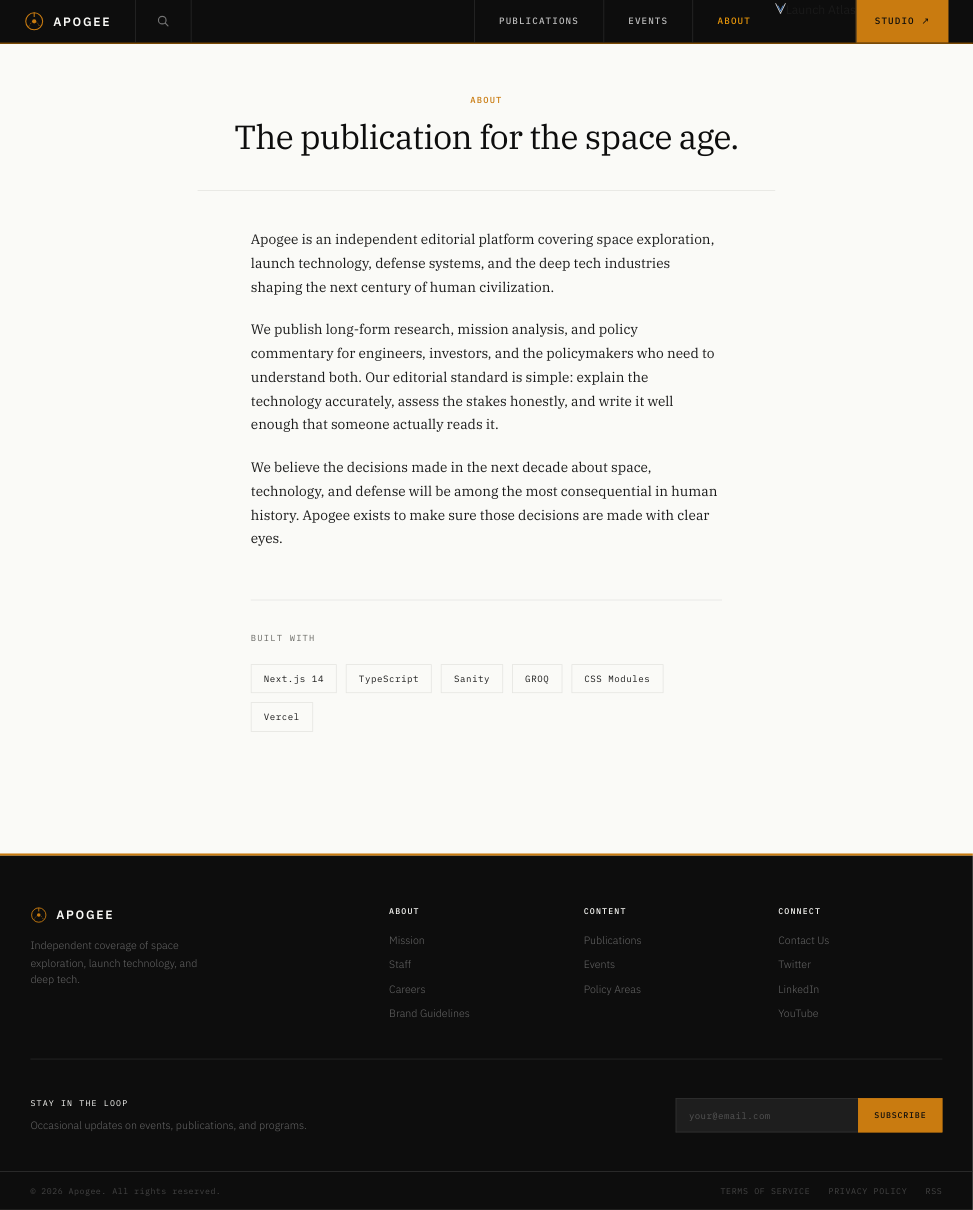
Repository: aricmoore/apogee
Page: /about
An editor plug-in stored every save of this project. The page is shown before and after the next save, followed by the edit.
The browser window is 1280 px wide. The pictures show the whole page, at 76% of full size.
The project was rebuilt for these pictures with package versions that can differ from the ones it lists, and the page was loaded fresh each time. The framework's server and built-in components were replaced by stand-ins that run in the browser. Also part of the build but not shown: next.config.ts.

Above is the page before, as saved 2026-04-13 18:42:27.

After the next save:
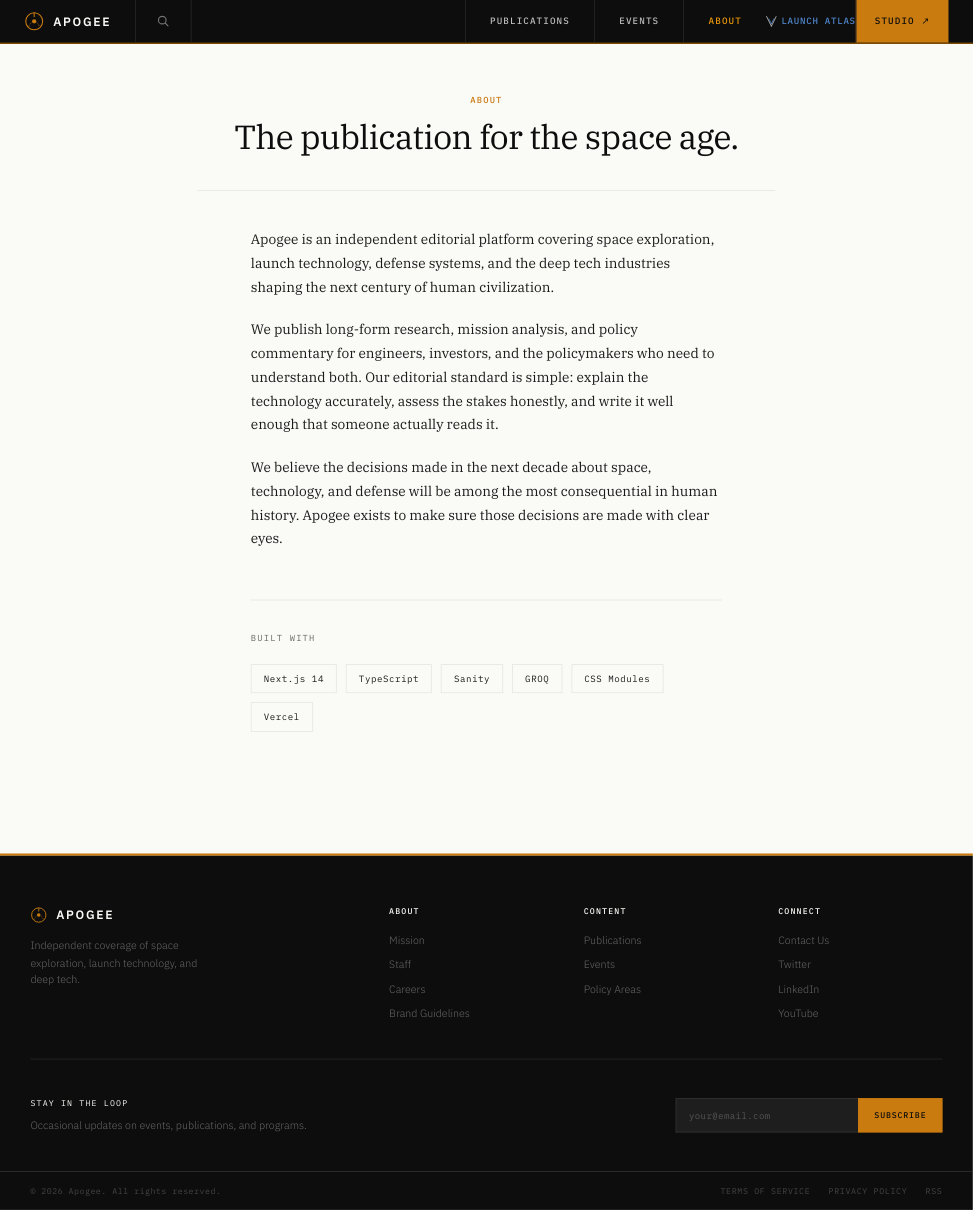
Saved 66 s later.
--- a/src/components/Nav.module.css
+++ b/src/components/Nav.module.css
@@ -200,6 +200,32 @@
 
 .overlayLink:hover { color: var(--amber); }
 
+/* Launch Atlas nav link */
+.launchAtlasLink {
+  display: inline-flex;
+  align-items: center;
+  gap: 6px;
+  font-family: var(--font-mono, 'IBM Plex Mono', monospace);
+  font-size: 0.75rem;
+  font-weight: 500;
+  letter-spacing: 0.08em;
+  text-transform: uppercase;
+  color: #60a5fa;
+  text-decoration: none;
+  opacity: 0.8;
+  transition: opacity 0.15s;
+  white-space: nowrap;
+}
+.launchAtlasLink:hover { opacity: 1; }
+
+/* Launch Atlas in mobile overlay */
+.overlayLaunchAtlas {
+  display: flex;
+  align-items: center;
+  gap: 8px;
+  color: #60a5fa;
+}
+
 @media (max-width: 768px) {
   .links { display: none; }
   .burger { display: flex; }
